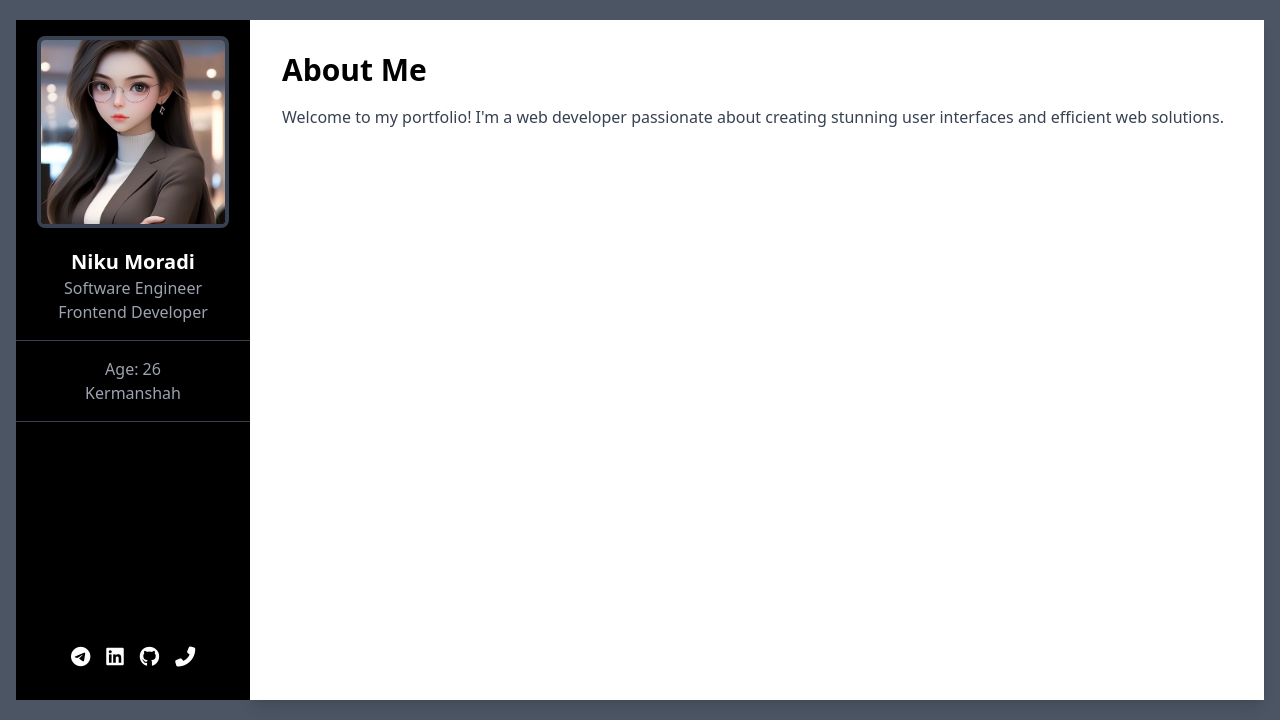
Repository: NikuMoradi/niku-moradi
Page: /
These files come from the project's save history. The page is drawn as it stood at one moment and after the next save; the edit follows.
The browser window is 1280 px wide. The pictures show the whole page.
The project was rebuilt for these pictures with package versions that can differ from the ones it lists, and the page was loaded fresh each time. The framework's server and built-in components were replaced by stand-ins that run in the browser. Also part of the build but not shown: nuxt.config.ts, components/Blog Posts/Component-Design.vue, components/Blog.vue, components/Contact.vue, components/Education.vue, components/Experience.vue, components/Hero.vue, components/Menu.vue and 3 more.

Above is the page before, as saved 2024-11-29 09:29:14.

### assets/css/main.css
@tailwind base;
@tailwind components;
@tailwind utilities;

body {
  /* From https://css.glass */
  background: #ffffff;
}

@layer utilities {
}

### components/LeftPanel.vue
<template>
  <div
    class="bg-black text-white w-72 flex flex-col"
    style="height: calc(100vh - 40px)"
  >
    <!-- Profile Picture -->
    <div
      class="p-4 flex flex-col items-center justify-center border-b border-gray-700"
    >
      <img
        src="../assets/img/photo_2024-11-28_10-37-05.jpg"
        alt="Profile Picture"
        class="w-48 h-48 mb-5 rounded-lg border-4 border-gray-700 object-cover object-center"
      />
      <h2 class="text-xl font-bold">Niku Moradi</h2>
      <p class="text-md text-gray-400">Software Engineer</p>
      <p class="text-md text-gray-400">Frontend Developer</p>
    </div>

    <!-- Biography -->
    <div class="p-4 text-center border-b border-gray-700">
      <p class="text-md text-gray-400">Age: 26</p>
      <p class="text-md text-gray-400">Kermanshah</p>
    </div>

    <!-- Social Links -->
    <div class="py-8 text-center mt-auto text-white">
      <div class="space-x-4">
        <a
          href="https://t.me/yourusername"
          target="_blank"
          class="text-white hover:text-blue-400"
        >
          <i class="fab fa-telegram fa-lg"></i>
        </a>
        <a
          href="https://linkedin.com/in/yourusername"
          target="_blank"
          class="text-white hover:text-blue-600"
        >
          <i class="fab fa-linkedin fa-lg"></i>
        </a>
        <a
          href="https://github.com/yourusername"
          target="_blank"
          class="text-white hover:text-gray-700"
        >
          <i class="fab fa-github fa-lg"></i>
        </a>
        <a href="tel:+1234567890" class="text-white hover:text-green-400">
          <i class="fas fa-phone-alt fa-lg"></i>
        </a>
      </div>
    </div>
  </div>
</template>

### layouts/default.vue
<template>
  <div class="flex justify-center items-center min-h-screen bg-gray-600 px-4">
    <LeftPanel />

    <!-- Fixed Width Centered Card -->
    <div
      class="bg-white shadow-lg w-full max-w-5xl overflow-hidden"
      style="height: calc(100vh - 40px)"
    >
      <!-- Scrollable Content -->
      <div class="overflow-y-auto h-full scrollbar-hide">
        <NuxtPage />
      </div>
    </div>
  </div>
</template>

<style>
/* Add any custom global styles here */
body {
  background: linear-gradient(to bottom, #f0f0f0, #d0d0d0);
}
</style>

### app.vue
<!-- The app.vue is just holding the layout container and serving as the root.
 The default.vue layout handles the overall structure of the page.
All content from your pages will automatically be placed inside the NuxtPage slot of the layout.-->
<template>
  <NuxtLayout />
</template>

### pages/index.vue
<template>
  <div class="p-8">
    <h1 class="text-3xl font-bold mb-4">About Me</h1>
    <p class="text-gray-700 leading-relaxed">
      Welcome to my portfolio! I'm a web developer passionate about creating
      stunning user interfaces and efficient web solutions.
    </p>
  </div>
</template>

### tailwind.config.js
/** @type {import('tailwindcss').Config} */
export default {
  content: [
    "./components/**/*.{js,vue,ts}",
    "./layouts/**/*.vue",
    "./pages/**/*.vue",
    "./plugins/**/*.{js,ts}",
    "./app.vue",
    "./error.vue",
  ],
  theme: {
    extend: {},
  },
  plugins: [require("tailwind-scrollbar-hide")],
};

Loaded but not shown: plugins/aos.client.js (no copy from this time; the picture is the same without it)

After the next save:
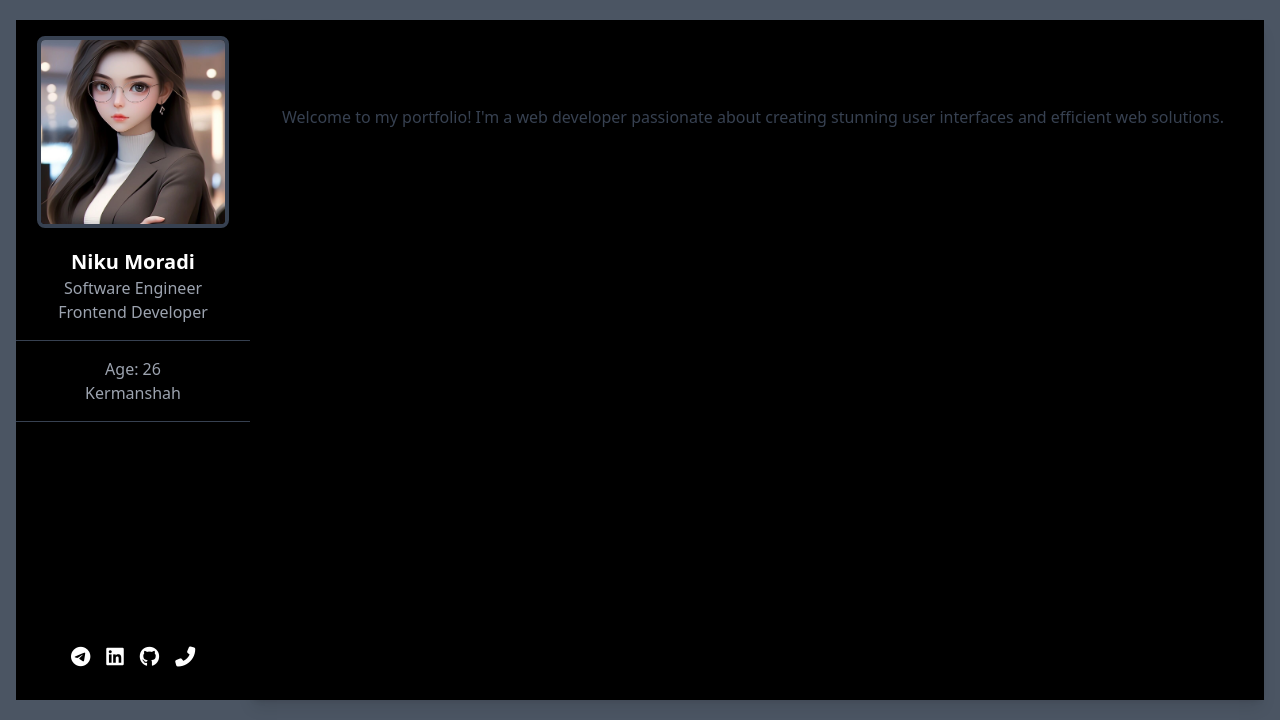
Saved 41 s later.
--- a/layouts/default.vue
+++ b/layouts/default.vue
@@ -4,7 +4,7 @@
 
     <!-- Fixed Width Centered Card -->
     <div
-      class="bg-white shadow-lg w-full max-w-5xl overflow-hidden"
+      class="bg-black shadow-lg w-full max-w-5xl overflow-hidden"
       style="height: calc(100vh - 40px)"
     >
       <!-- Scrollable Content -->
